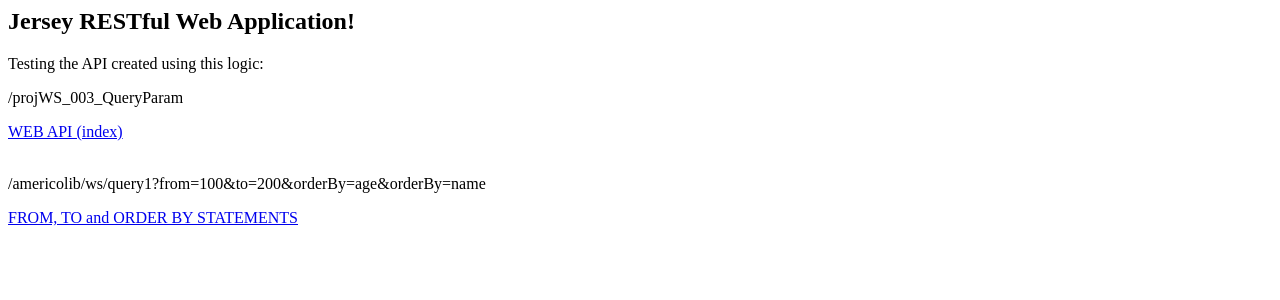
Repository: atafs/BackEnd_JAX-RS_REST_2continue
Page: http://localhost/projWS_003_QueryParam/
These files come from the project's save history. The page is drawn as it stood at one moment and after the next save; the edit follows.
The browser window is 1280 px wide. The pictures show the whole page.
The page is served by Tomcat 9. Other server files are loaded and not shown.

Above is the page before, as saved 2016-05-02 09:48:04.

### projWS_003_QueryParam/src/main/webapp/index.jsp
<html>
<body>
    <!-- TITLE -->
	<h2>Jersey RESTful Web Application!</h2>


	<!-- IMAGE -->
	<p>Testing the API created using this logic:</p>

	<!-- LINKS -->
	<p>/projWS_003_QueryParam</p>
	<a href="http://localhost:8085/projWS_003_QueryParam/">WEB API (index)</a><br/><br/>

	<p>/americolib/ws/query1?from=100&to=200&orderBy=age&orderBy=name</p>
	<a href="http://localhost:8085/projWS_003_QueryParam/americolib/ws/query1?from=100&to=200&orderBy=age&orderBy=name">FROM, TO and ORDER BY STATEMENTS</a><br/><br/>

</body>
</html>

After the next save:
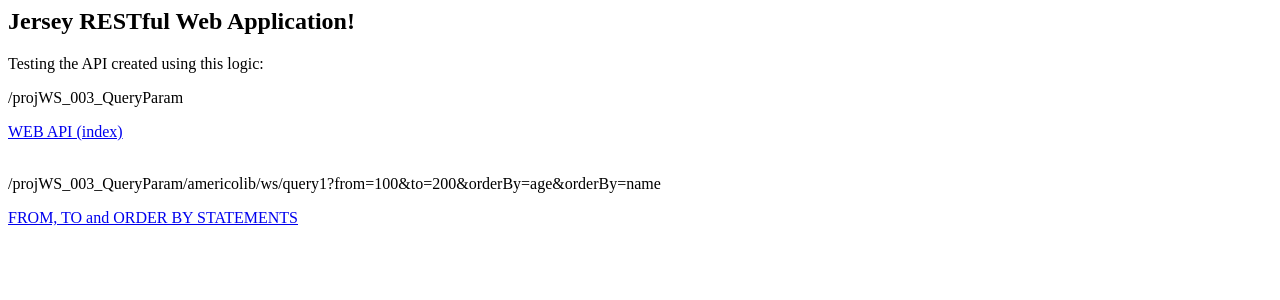
Saved 19 s later.
--- a/projWS_003_QueryParam/src/main/webapp/index.jsp
+++ b/projWS_003_QueryParam/src/main/webapp/index.jsp
@@ -11,7 +11,7 @@
 	<p>/projWS_003_QueryParam</p>
 	<a href="http://localhost:8085/projWS_003_QueryParam/">WEB API (index)</a><br/><br/>
 
-	<p>/americolib/ws/query1?from=100&to=200&orderBy=age&orderBy=name</p>
+	<p>/projWS_003_QueryParam/americolib/ws/query1?from=100&to=200&orderBy=age&orderBy=name</p>
 	<a href="http://localhost:8085/projWS_003_QueryParam/americolib/ws/query1?from=100&to=200&orderBy=age&orderBy=name">FROM, TO and ORDER BY STATEMENTS</a><br/><br/>
 
 </body>
